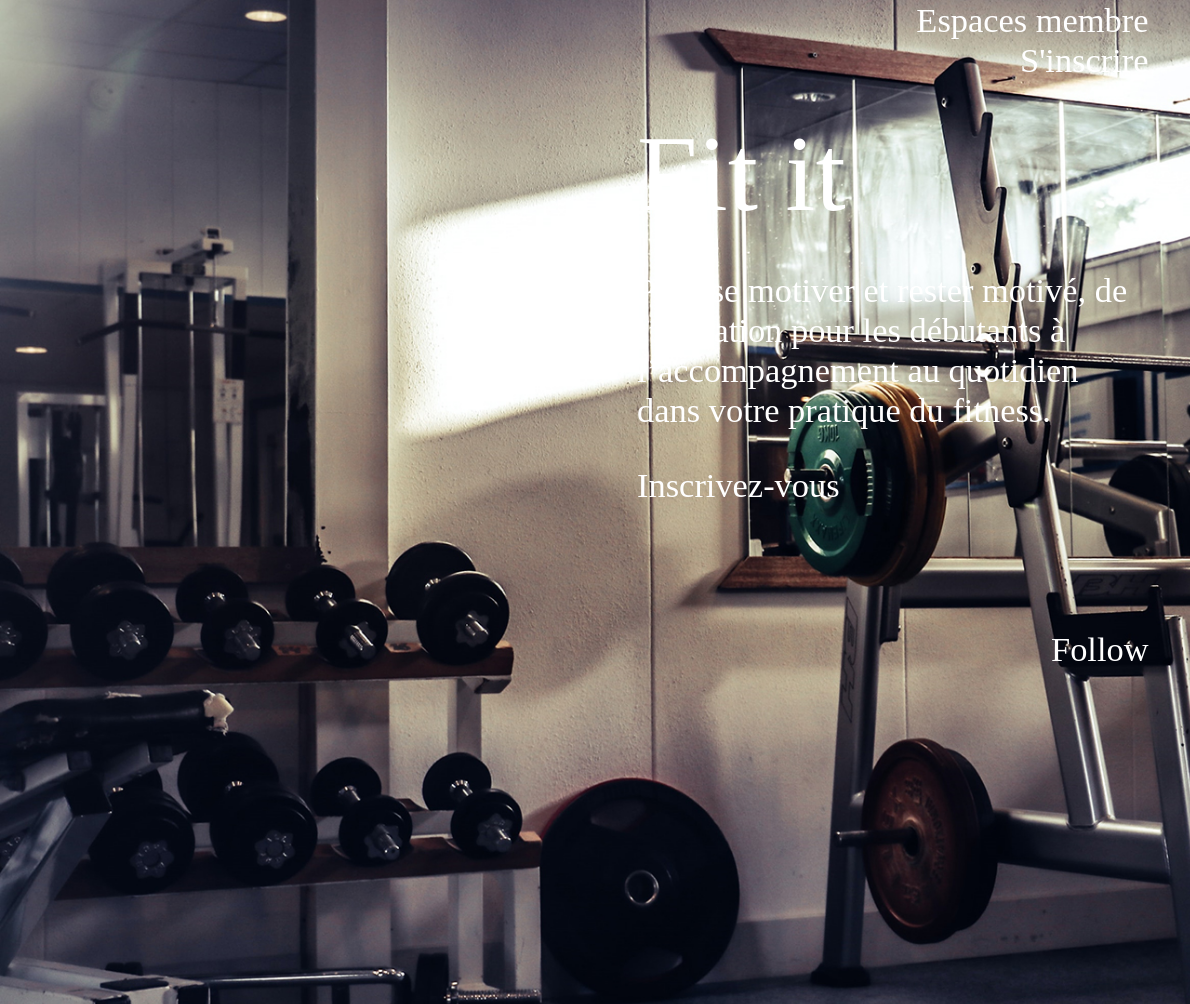
Repository: Mini-T/php-propre
Page: http://localhost/
The author's editor kept a copy of each file at every save. The page is drawn from the files as they stood at one save, then again after the next save.
The browser window is 1280 px wide. The pictures show the whole page, at 93% of full size.
The page is run by PHP 8.4 with error messages shown; the project is at /var/www/html/.

Above is the page before, as saved 2021-03-25 10:51:26.

After the next save:
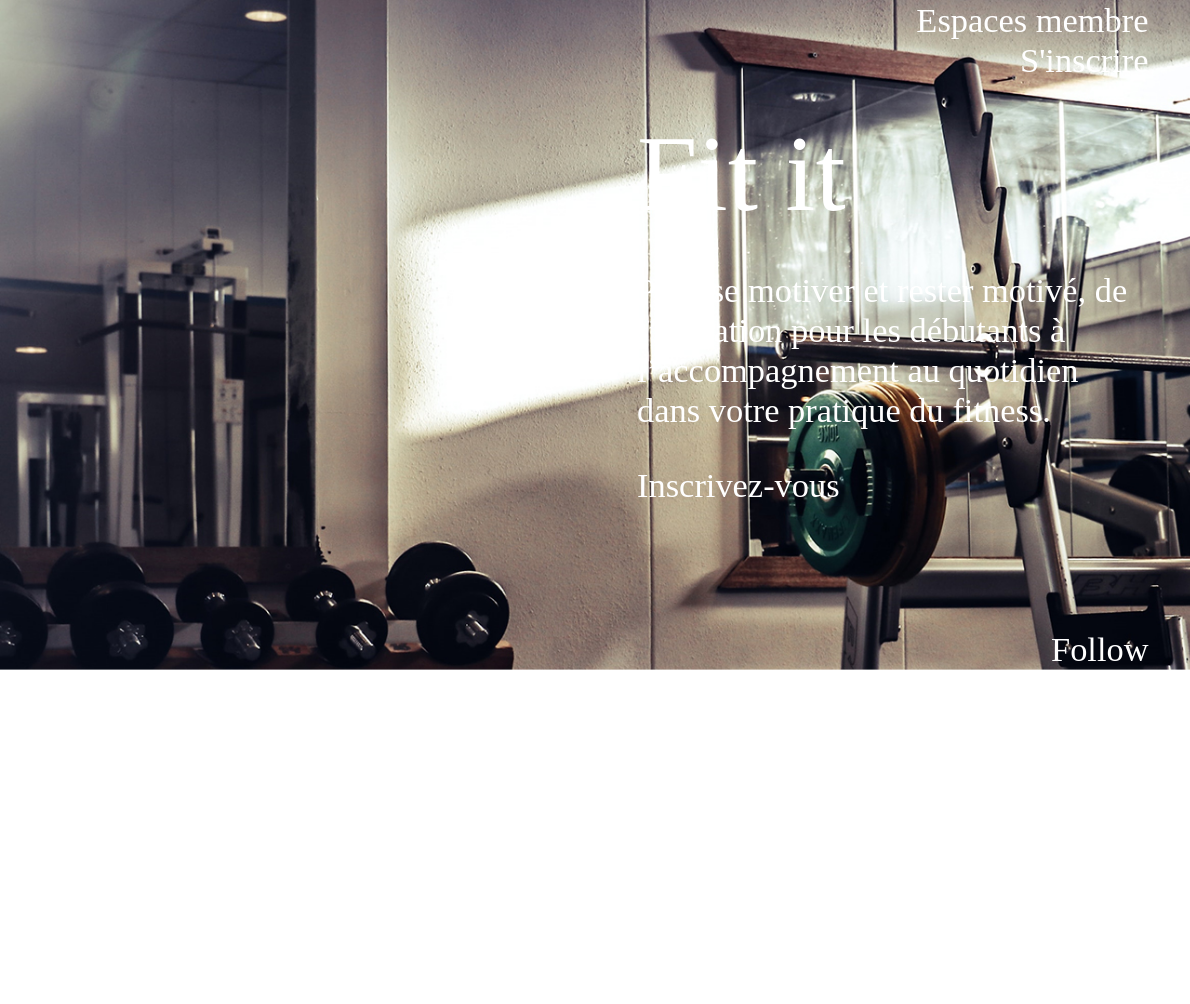
Saved 32 s later.
--- a/Partiel/main.css
+++ b/Partiel/main.css
@@ -12,14 +12,13 @@
 
 #image{
     background-image: url('fond-normal-size.jpg');
-    background-color: rgba(0, 0, 0, 0.24);
     color: white;
     font-family: kanit;
     display: grid;
     max-width: 1920px;
     grid-template-columns: 1fr 1Fr;
     width: 100vw;
-    height: 1080px;
+    height: 100vh;
     flex-direction: column;
 }
 .center{

After the save that followed:
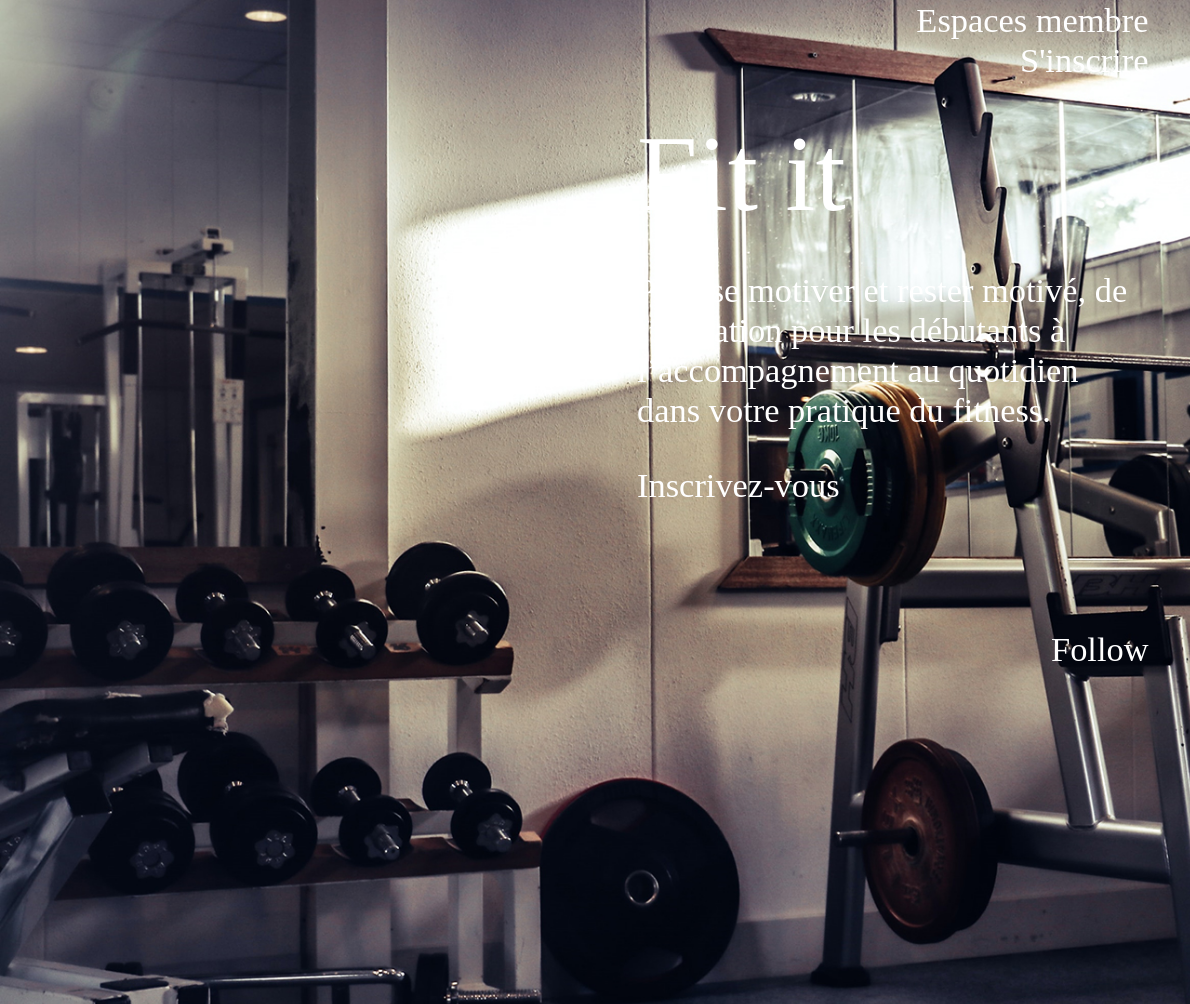
Saved 20 s later.
--- a/Partiel/main.css
+++ b/Partiel/main.css
@@ -18,7 +18,7 @@
     max-width: 1920px;
     grid-template-columns: 1fr 1Fr;
     width: 100vw;
-    height: 100vh;
+    height: 1080px;
     flex-direction: column;
 }
 .center{
